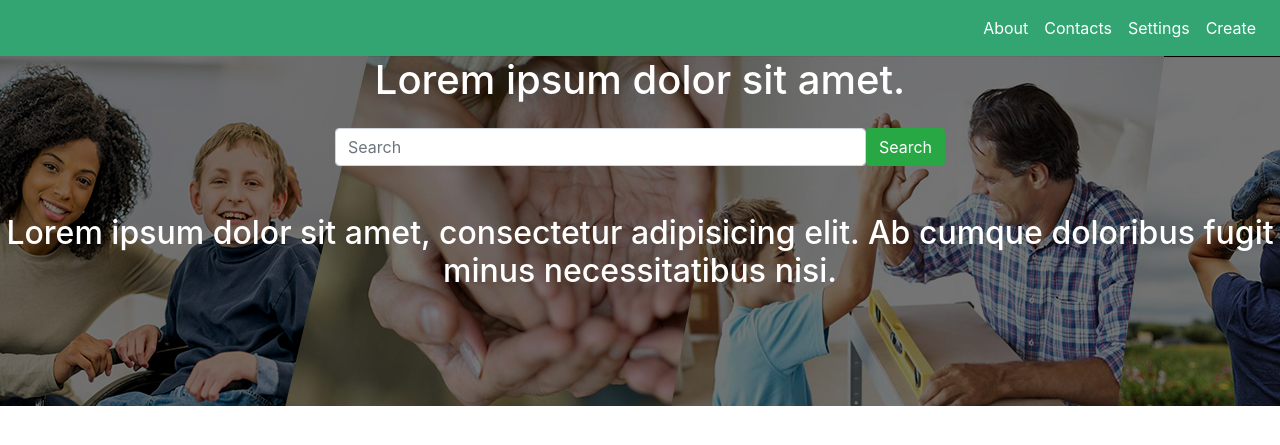
Repository: abduvali-aminov/fond
Page: http://localhost/main
The author's editor kept a copy of each file at every save. The page is drawn from the files as they stood at one save, then again after the next save.
The browser window is 1280 px wide. The pictures show the whole page.
The page is served by the project's Laravel application, run on PHP 8.4 with Laravel 8.

Above is the page before, as saved 2021-01-18 12:54:14.

After the next save:
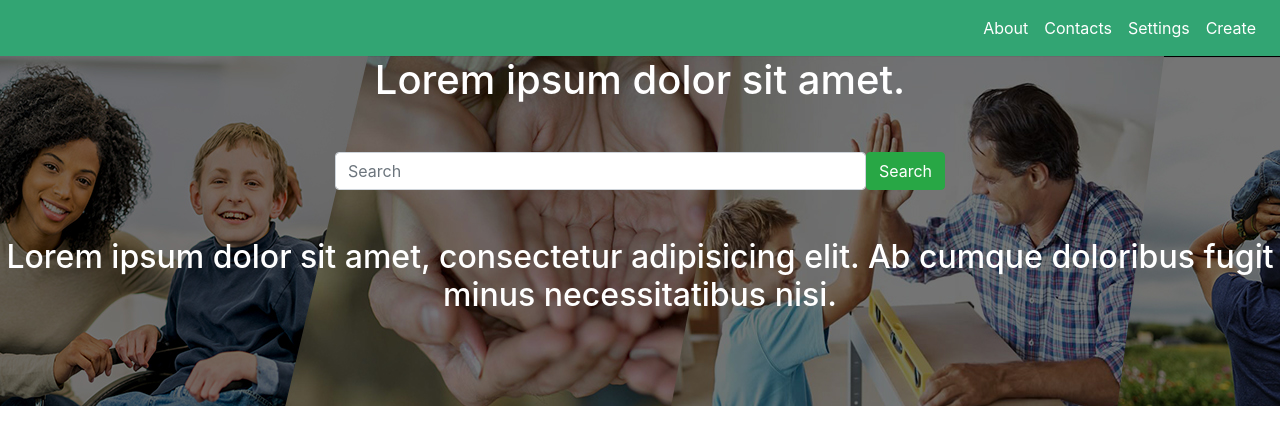
Saved 16 s later.
--- a/resources/views/main/index.blade.php
+++ b/resources/views/main/index.blade.php
@@ -5,7 +5,7 @@
         <center >
             <div >
                 <h1 class="text-white">Lorem ipsum dolor sit amet.</h1>
-                <form class="d-flex col-6 mt-4">
+                <form class="d-flex col-6 mt-5">
                     <input class="form-control" type="search" placeholder="Search" aria-label="Search">
                     <button class="btn btn-success" type="submit">Search</button>
                 </form>
